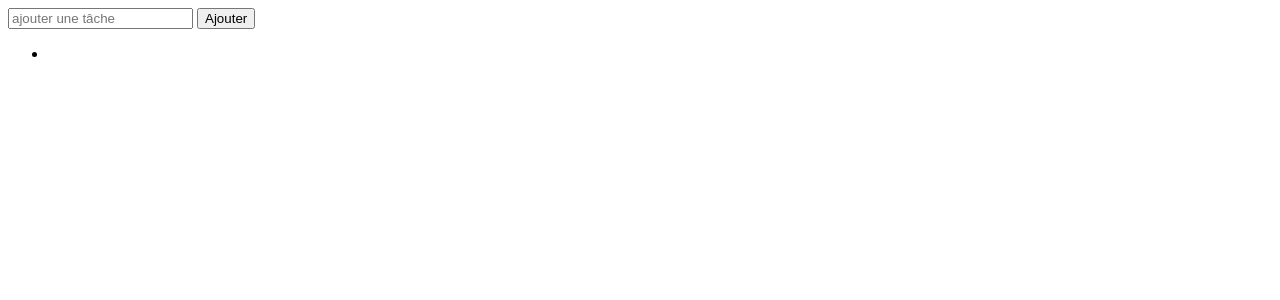
Repository: Coumba25040/coumbaProjet
Page: exoGPT/EXO/miniProjetDom.html
An editor plug-in stored every save of this project. The page is shown before and after the next save, followed by the edit.
The browser window is 1280 px wide. The pictures show the whole page.

Above is the page before, as saved 2025-07-06 16:10:12.

After the next save:
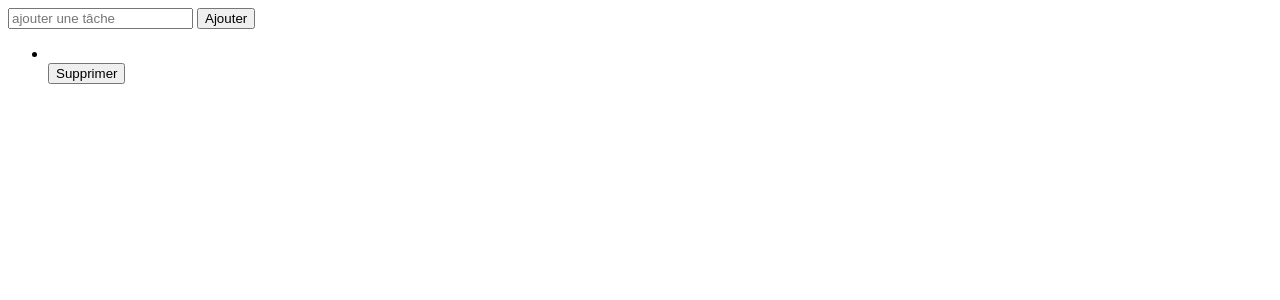
Saved 25 s later.
--- a/exoGPT/EXO/miniProjetDom.html
+++ b/exoGPT/EXO/miniProjetDom.html
@@ -10,7 +10,7 @@
     <button id="ajouter">Ajouter</button>
     <div id="containerTâche">
         <ul>
-            <li></li>
+            <li></li><button>Supprimer</button>
         </ul>
     </div>
     <script src="miniProjetDom.js"></script>

After the 3 saves that followed:
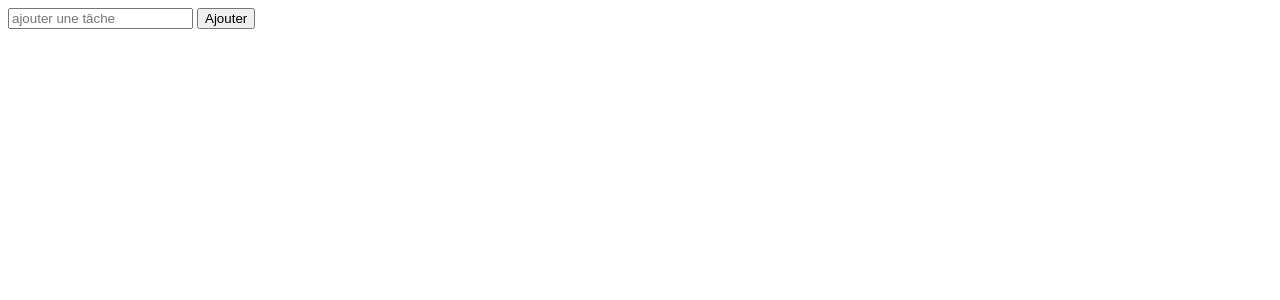
The 3 saves are shown as one change because 2 left the picture as it was.
The last was saved 3 min 51 s later.
--- a/exoGPT/EXO/miniProjetDom.html
+++ b/exoGPT/EXO/miniProjetDom.html
@@ -9,9 +9,7 @@
     <input id="input" type="text" placeholder="ajouter une tâche">
     <button id="ajouter">Ajouter</button>
     <div id="containerTâche">
-        <ul>
-            <li></li><button>Supprimer</button>
-        </ul>
+
     </div>
     <script src="miniProjetDom.js"></script>
 </body>
